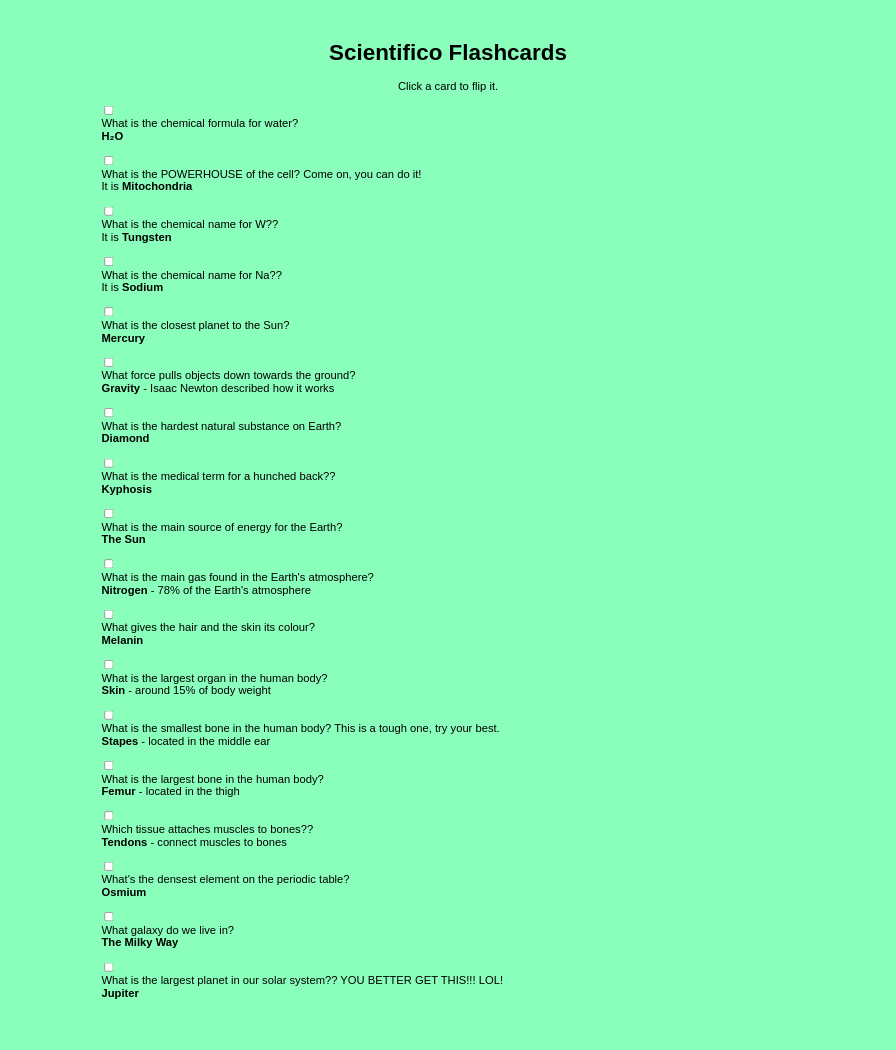
Repository: manayparikh1/ScienceFlashcards
Page: index.html
These files come from the project's save history. The page is drawn as it stood at one moment and after the next save; the edit follows.
The browser window is 1280 px wide. The pictures show the part of the page from y = 0 to 1920 px (the page is 1500 px tall before and 4128 px after), at 70% of full size.
Some web fonts or font styles are not loaded; a fallback is used.

Above is the page before, as saved 2026-10-22 22:21:12.

After the next save:
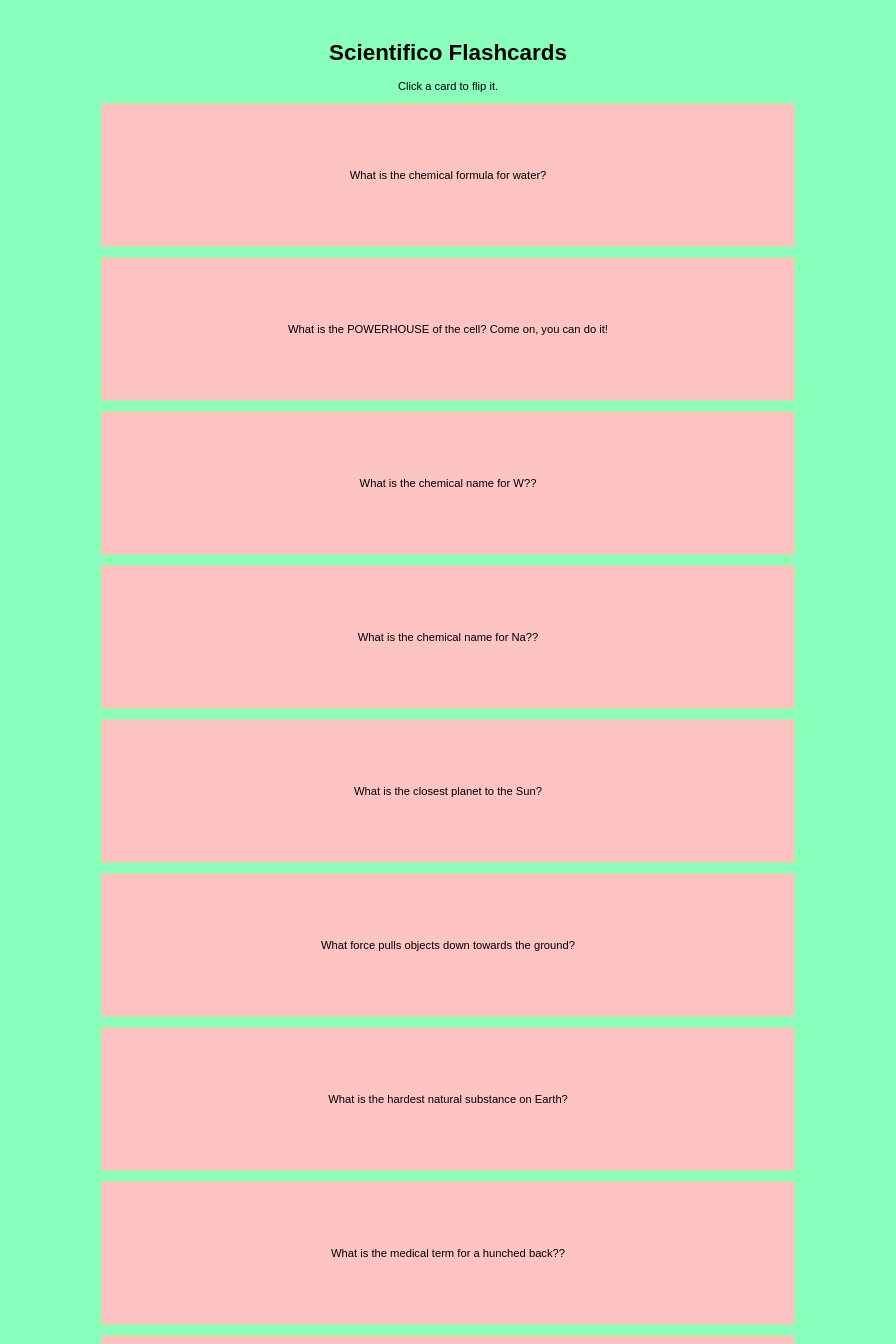
Saved 5 min 58 s later.
--- a/index.html
+++ b/index.html
@@ -174,11 +174,19 @@
         }
 
         h1,
+        /*centers middle text*/
         .hint {
             text-align: center;
         }
 
-        /*centers middle text*/
+        .card {
+            cursor: pointer;
+        }
+
+        .card input {
+            display: none;
+        }
+
 
         .cards {
             display: grid;
@@ -186,4 +194,36 @@
             max-width: 990px;
             margin: 0 auto;
         }
+
+        .front,
+        .back {
+            height: 170px;
+            padding: 16px;
+            border: 1px solid #f1ce7e;
+            background: #fec4c4;
+            text-align: center;
+            align-items: center;
+            justify-content: center;
+        }
+
+        .front {
+            display: flex;
+
+        }
+
+        .back {
+            display: none;
+            background: #f8e6ba;
+        }
+
+        input:checked+.inner .front {
+            display: none;
+        }
+
+        input:checked+.inner .back {
+            display: flex;
+        }
     </style>
+</body>
+
+</html>
